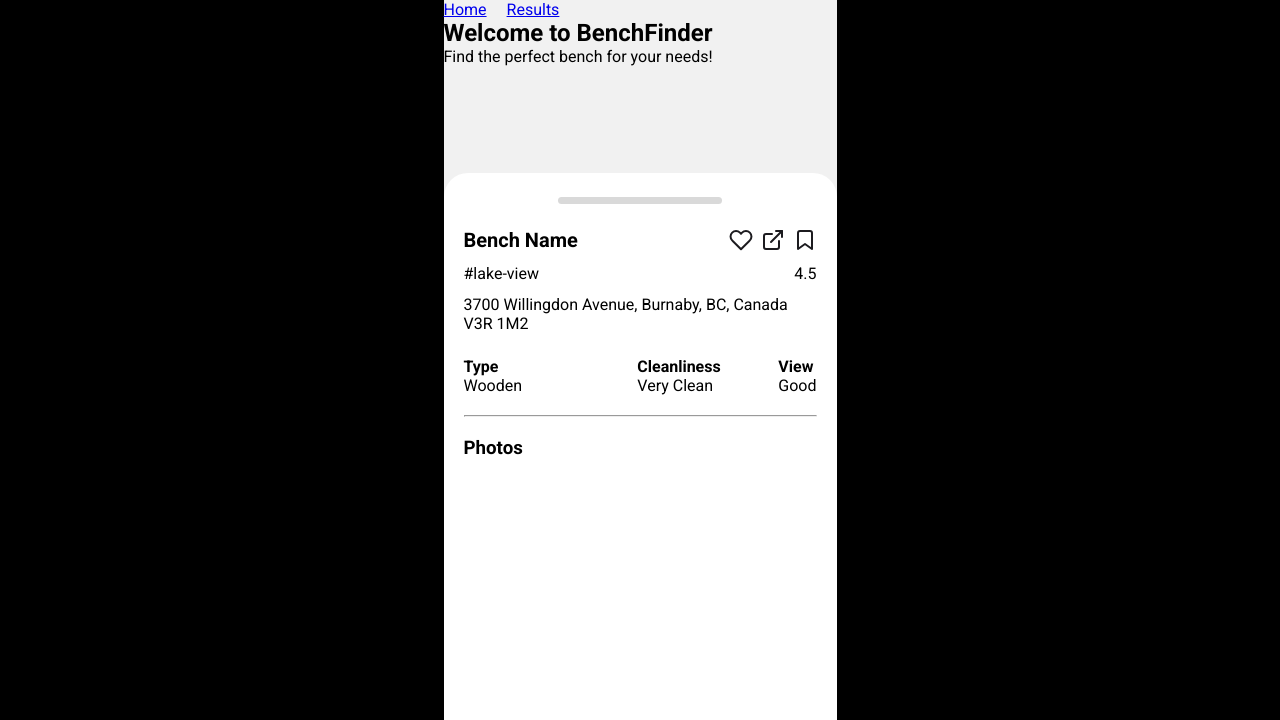
Repository: HidayatPatil/BenchFinder
Page: /
The author's editor kept a copy of each file at every save. The page is drawn from the files as they stood at one save, then again after the next save.
The browser window is 1280 px wide. The pictures show the whole page.
The project was rebuilt for these pictures with package versions that can differ from the ones it lists, and the page was loaded fresh each time. Also part of the build but not shown: vite.config.js, src/Results.jsx.

Above is the page before, as saved 2025-10-09 21:33:58.

After the next save:
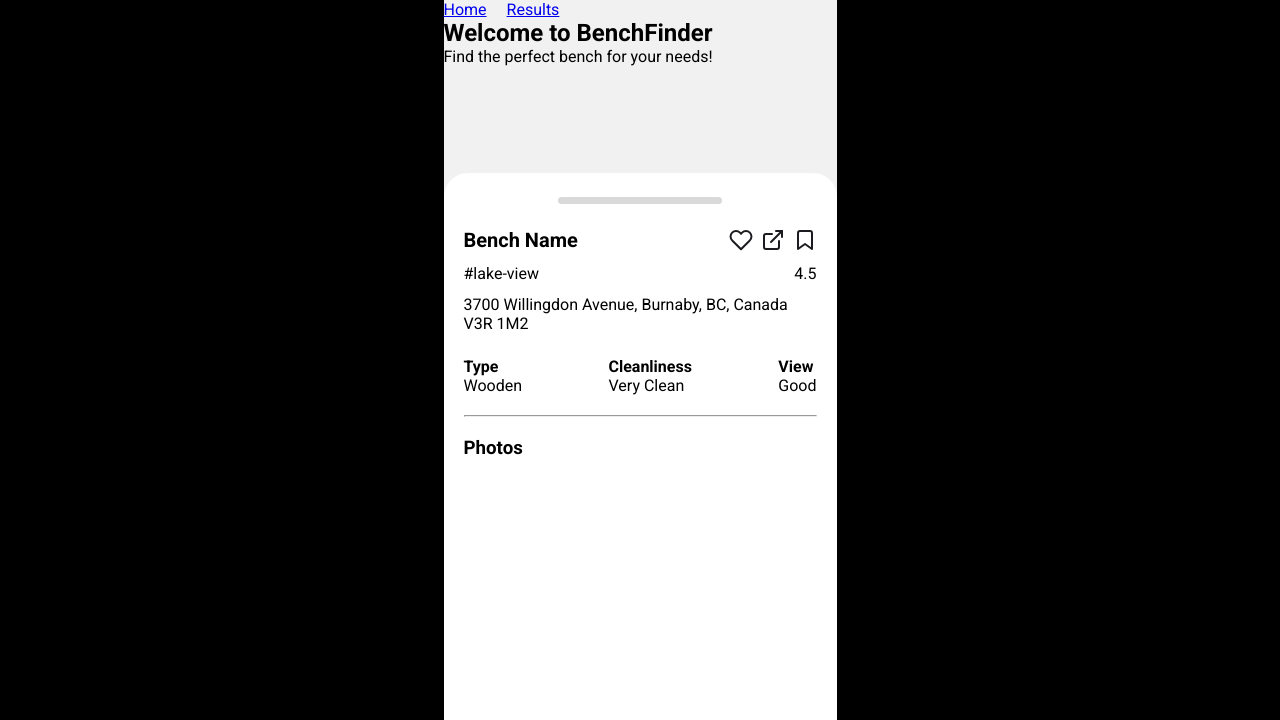
Saved 17 s later.
--- a/src/components/contentDrawer.jsx
+++ b/src/components/contentDrawer.jsx
@@ -38,6 +38,7 @@ export default function ContentDrawer() {
               <h4 className="overview_title">Cleanliness</h4>
               <p className="overview_content">Very Clean</p>
             </div>
+            <span className="box_data_seperators"/>
             <div className="bench_view">
               <h4 className="overview_title">View</h4>
               <p className="overview_content">Good</p>
